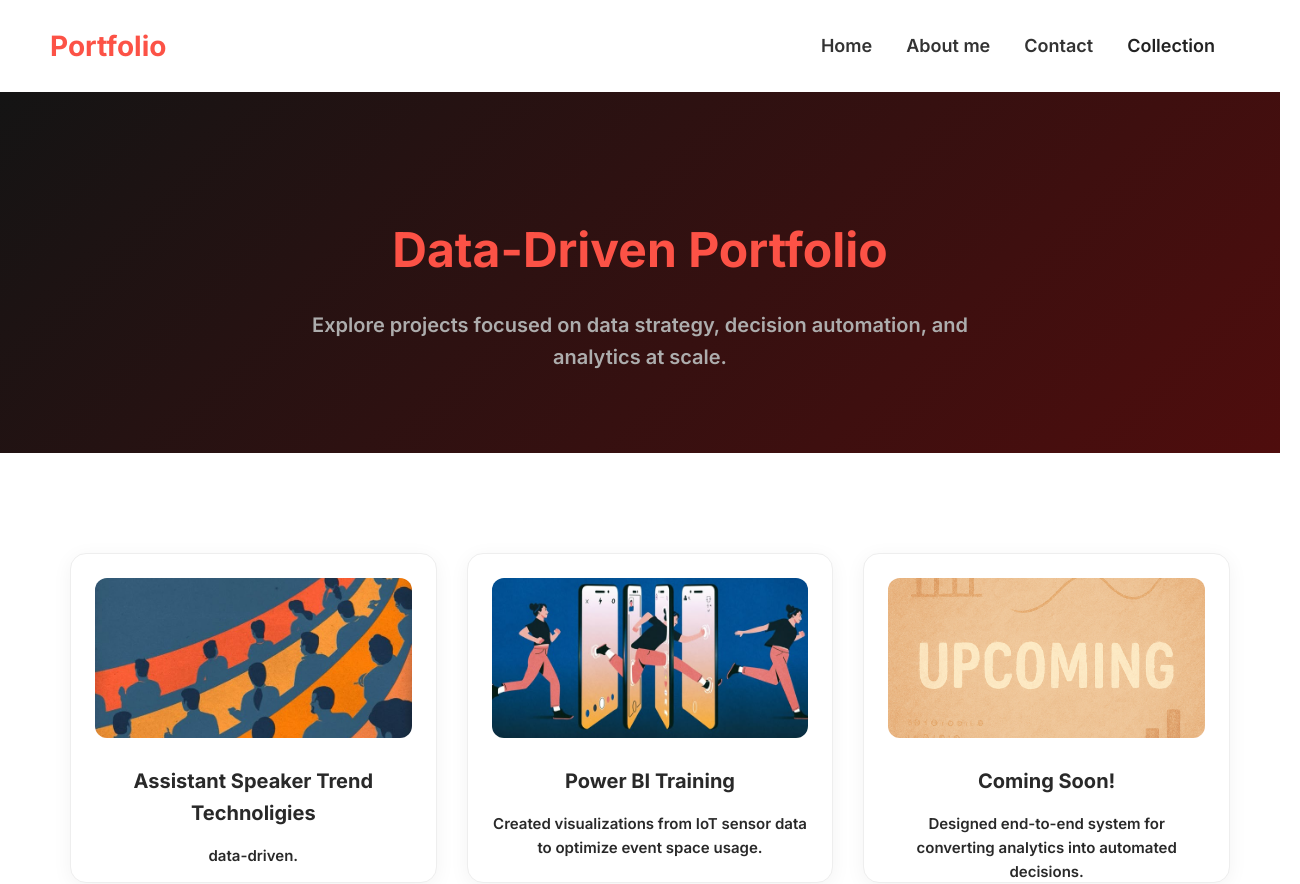
Repository: Wipas1919/Archive-portfolio
Page: projects/strategic-data.html
The author's editor kept a copy of each file at every save. The page is drawn from the files as they stood at one save, then again after the next save.
The browser window is 1280 px wide. The page is 1300 px wide, so the pictures cover 1300 px, including what lies to the right of the window. The pictures show the whole page.

Above is the page before, as saved 2025-06-01 21:04:52.

After the next save:
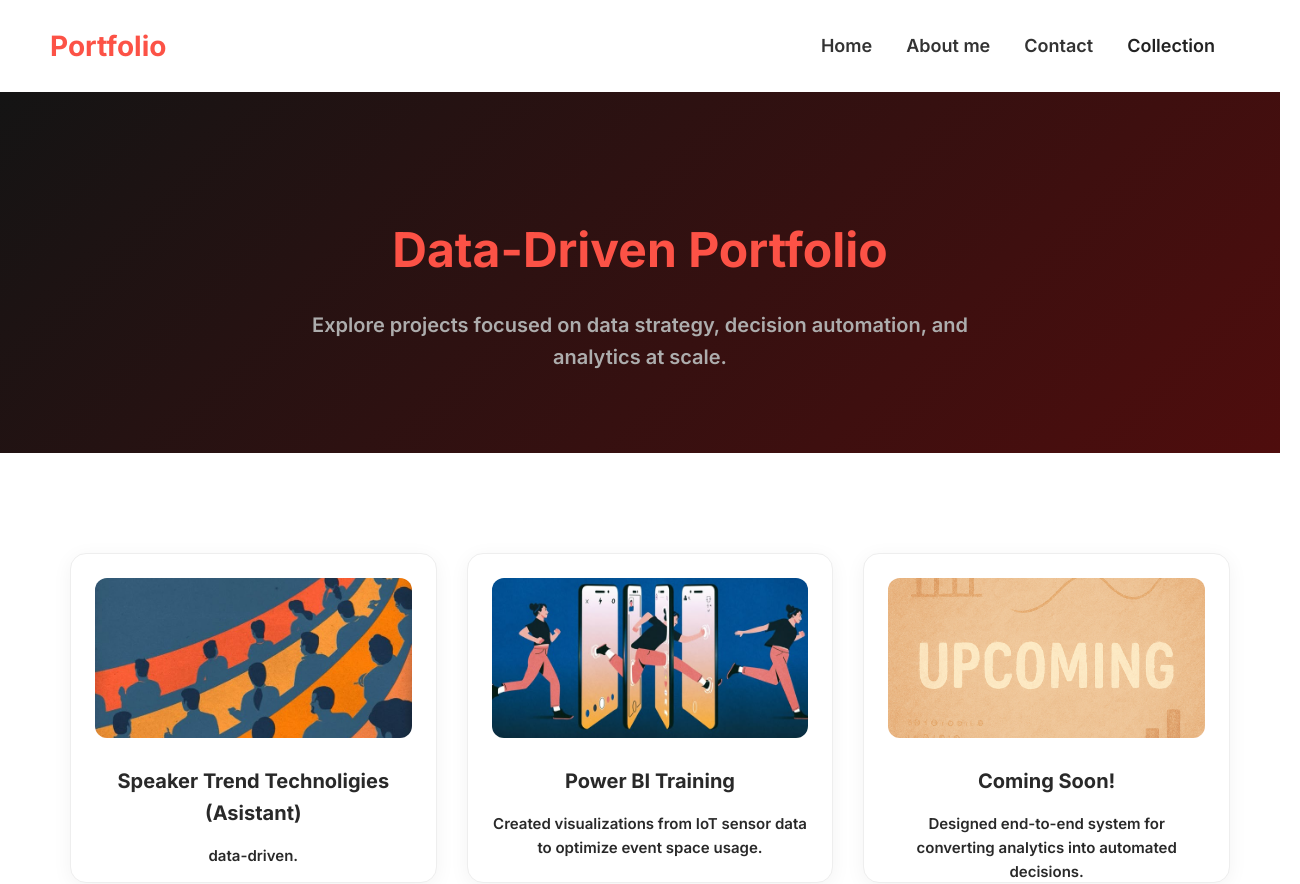
Saved 22 s later.
--- a/data/projects.json
+++ b/data/projects.json
@@ -86,7 +86,7 @@
     "title": "Data-Driven",
     "projects": [
       {
-        "title": "Assistant Speaker Trend Technoligies ",
+        "title": "Speaker Trend Technoligies (Asistant) ",
         "description": "data-driven.",
         "image": "/images/bi-routine-4.jpg",
         "slug": "marketing-insight-framework"
